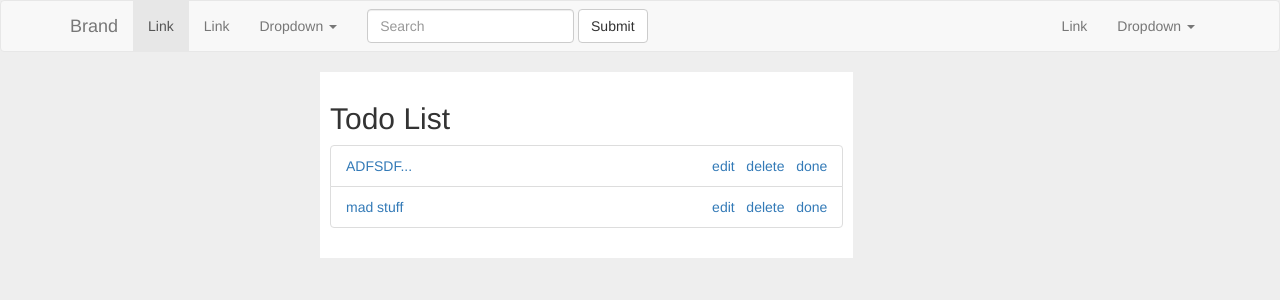
Repository: neoighodaro-articles/migrating-to-laravel
Page: http://localhost/pages/home.php
The author's editor kept a copy of each file at every save. The page is drawn from the files as they stood at one save, then again after the next save.
The browser window is 1280 px wide. The pictures show the whole page.
The page is run by PHP 8.4 with error messages shown; the project is at /var/www/html/. The database holds what the project's SQL file puts in it.

Above is the page before, as saved 2018-06-12 20:13:13.

### vanilla/pages/home.php
<?php require_once '../functions.php'; ?>
<!DOCTYPE html>
<html lang="en">
<head>
  <meta charset="UTF-8">
  <meta name="viewport" content="width=device-width, initial-scale=1.0">
  <meta http-equiv="X-UA-Compatible" content="ie=edge">
  <title>Todo Home</title>
  <link rel="stylesheet" href="https://maxcdn.bootstrapcdn.com/bootstrap/3.3.7/css/bootstrap.min.css" integrity="sha384-BVYiiSIFeK1dGmJRAkycuHAHRg32OmUcww7on3RYdg4Va+PmSTsz/K68vbdEjh4u" crossorigin="anonymous">
  <style>
    body {
      background: #EEE;
    }
  </style>
</head>
<body>
<nav class="navbar navbar-default">
  <div class="container">
    <!-- Brand and toggle get grouped for better mobile display -->
    <div class="navbar-header">
      <button type="button" class="navbar-toggle collapsed" data-toggle="collapse" data-target="#bs-example-navbar-collapse-1" aria-expanded="false">
        <span class="sr-only">Toggle navigation</span>
        <span class="icon-bar"></span>
        <span class="icon-bar"></span>
        <span class="icon-bar"></span>
      </button>
      <a class="navbar-brand" href="#">Brand</a>
    </div>

    <!-- Collect the nav links, forms, and other content for toggling -->
    <div class="collapse navbar-collapse" id="bs-example-navbar-collapse-1">
      <ul class="nav navbar-nav">
        <li class="active"><a href="#">Link <span class="sr-only">(current)</span></a></li>
        <li><a href="#">Link</a></li>
        <li class="dropdown">
          <a href="#" class="dropdown-toggle" data-toggle="dropdown" role="button" aria-haspopup="true" aria-expanded="false">Dropdown <span class="caret"></span></a>
          <ul class="dropdown-menu">
            <li><a href="#">Action</a></li>
            <li><a href="#">Another action</a></li>
            <li><a href="#">Something else here</a></li>
            <li role="separator" class="divider"></li>
            <li><a href="#">Separated link</a></li>
            <li role="separator" class="divider"></li>
            <li><a href="#">One more separated link</a></li>
          </ul>
        </li>
      </ul>
      <form class="navbar-form navbar-left">
        <div class="form-group">
          <input type="text" class="form-control" placeholder="Search">
        </div>
        <button type="submit" class="btn btn-default">Submit</button>
      </form>
      <ul class="nav navbar-nav navbar-right">
        <li><a href="#">Link</a></li>
        <li class="dropdown">
          <a href="#" class="dropdown-toggle" data-toggle="dropdown" role="button" aria-haspopup="true" aria-expanded="false">Dropdown <span class="caret"></span></a>
          <ul class="dropdown-menu">
            <li><a href="#">Action</a></li>
            <li><a href="#">Another action</a></li>
            <li><a href="#">Something else here</a></li>
            <li role="separator" class="divider"></li>
            <li><a href="#">Separated link</a></li>
          </ul>
        </li>
      </ul>
    </div><!-- /.navbar-collapse -->
  </div><!-- /.container-fluid -->

</nav>

  <div class="col-md-5 col-md-offset-3" style="background: #FFF;padding: 10px">
    <h2>Todo List</h2>

    <?php
      $query = $pdo->prepare('SELECT * FROM todos WHERE user_id=?');
      $query->execute(['abiodun@hotels.ng']);

      if( $query->rowCount() > 0 ):
    ?>
    <ul class="list-group">

     <?php while($fetch = $query->fetch()): ?>
      <li class="list-group-item">
        <a href="#"><?php echo $fetch['title'] ?></a>
        <span class="pull-right">
          <a href="#">edit</a> &nbsp;
          <a href="#">delete</a> &nbsp;
          <a href="#">done</a>
        </span>
      </li>
      <?php endwhile ?>
    </ul>
    <?php else: ?>
        <p>No Todos Available </p>
   <?php endif ?>
  </div>
</body>
</html>

### vanilla/functions.php
<?php
 $host = 'localhost';
 $dbname= 'vanilla';
 $user   = 'root';
 $pwd    = 'root';

 try{
   $pdo = new PDO('mysql:host='. $host. ';dbname='. $dbname, $user, $pwd);
  //  echo "connected";
 } catch(PDOException $e) {
   echo "Unable to connect" . $e->getMessage();
 }

### vanilla/vanilla.sql (the tables this page reads)
CREATE TABLE `todos` (
  `id` int(11) NOT NULL,
  `user_id` varchar(100) NOT NULL,
  `title` text NOT NULL,
  `completed` tinyint(1) NOT NULL,
  `created_at` timestamp NOT NULL DEFAULT CURRENT_TIMESTAMP
) ENGINE=InnoDB DEFAULT CHARSET=latin1;

INSERT INTO `todos` (`id`, `user_id`, `title`, `completed`, `created_at`) VALUES
(7, 'abiodun@hotels.ng', 'ADFSDF...', 0, '2018-06-12 21:06:20'),
(8, 'abiodun@hotels.ng', 'mad stuff', 0, '2018-06-12 21:06:28'),
(9, 'omotbaby100@gmail.com', 'testing stuff', 0, '2018-06-12 21:53:57'),
(10, 'omotbaby100@gmail.com', 'testing stuff two...', 0, '2018-06-12 21:54:06');

ALTER TABLE `todos`
  ADD PRIMARY KEY (`id`);

ALTER TABLE `todos`
  MODIFY `id` int(11) NOT NULL AUTO_INCREMENT, AUTO_INCREMENT=11;

After the next save:
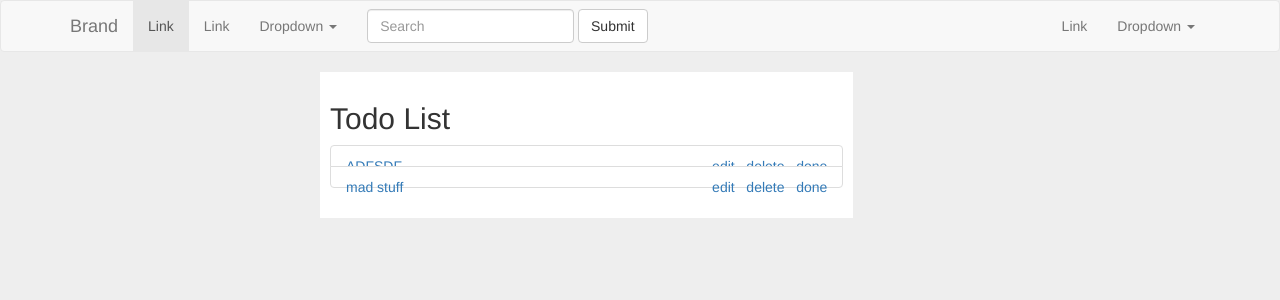
Saved 37 s later.
--- a/vanilla/pages/home.php
+++ b/vanilla/pages/home.php
@@ -82,7 +82,9 @@
 
      <?php while($fetch = $query->fetch()): ?>
       <li class="list-group-item">
-        <a href="#"><?php echo $fetch['title'] ?></a>
+        <div class="pull-left">
+          <a href="#"><?php echo $fetch['title'] ?></a>
+        </div>
         <span class="pull-right">
           <a href="#">edit</a> &nbsp;
           <a href="#">delete</a> &nbsp;

After the save that followed:
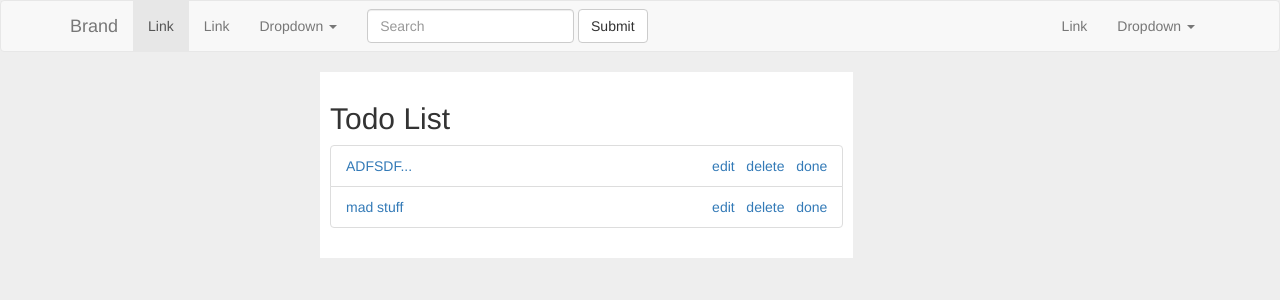
Saved 13 s later.
--- a/vanilla/pages/home.php
+++ b/vanilla/pages/home.php
@@ -85,11 +85,12 @@
         <div class="pull-left">
           <a href="#"><?php echo $fetch['title'] ?></a>
         </div>
-        <span class="pull-right">
+        <div class="pull-right">
           <a href="#">edit</a> &nbsp;
           <a href="#">delete</a> &nbsp;
           <a href="#">done</a>
-        </span>
+        </div>
+        <div class="clearfix"></div>
       </li>
       <?php endwhile ?>
     </ul>
